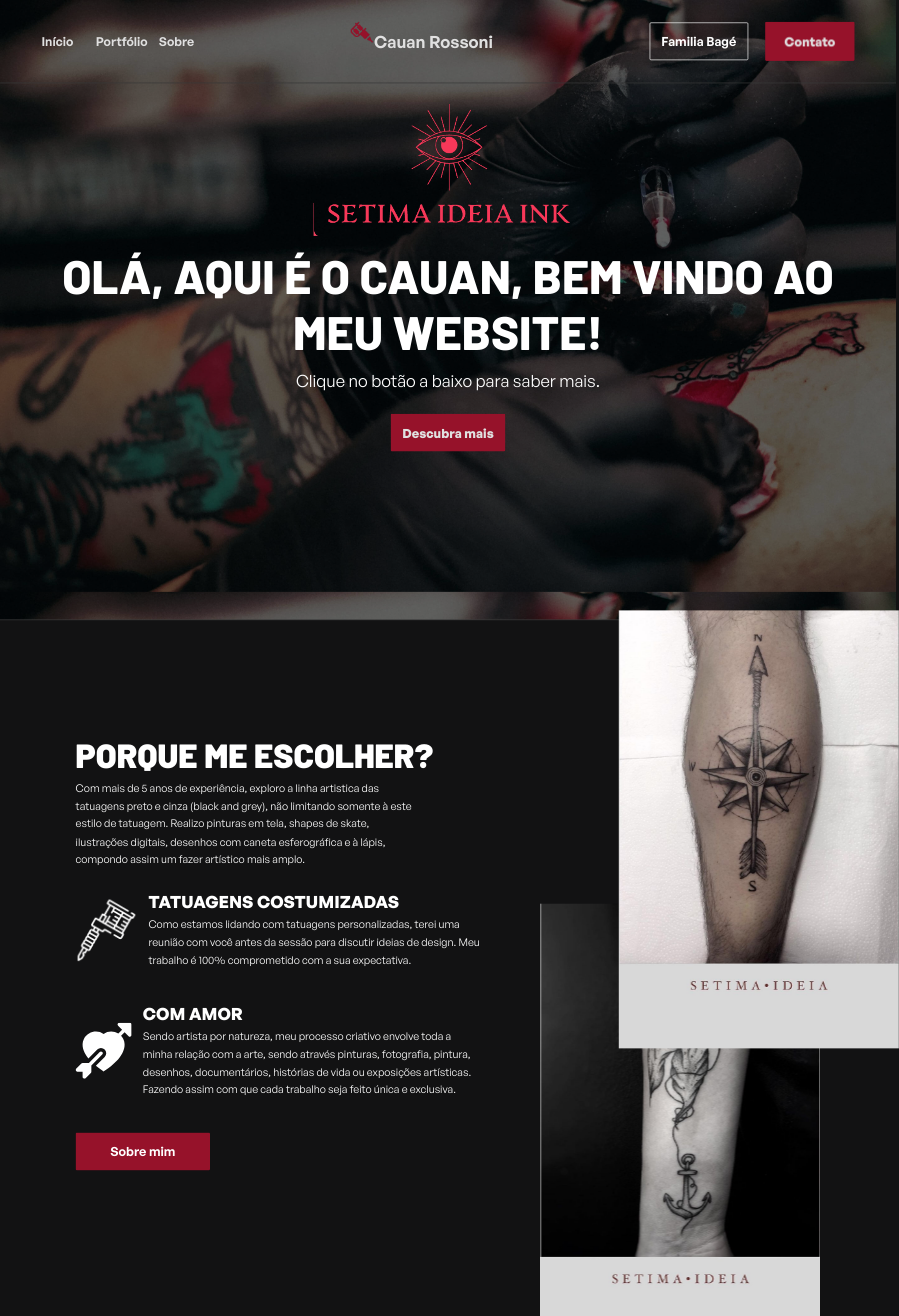
Repository: Leoka2000/S-tima-Ideia
Page: /
These files come from the project's save history. The page is drawn as it stood at one moment and after the next save; the edit follows.
The browser window is 1280 px wide. The page is 1284 px wide, so the pictures cover 1284 px, including what lies to the right of the window. The pictures show the part of the page from y = 0 to 1880 px (the page is 7122 px tall), at 70% of full size.
Backgrounds fixed to the window are drawn as part of the page. The project was rebuilt for these pictures with package versions that can differ from the ones it lists, and the page was loaded fresh each time. Some packages were replaced by stand-ins written for this rebuild. Also part of the build but not shown: src/pages/main/instagram/instagram.css, src/pages/main/instagram/instagram.jsx, src/App.css, src/pages/portfolio/portfolio.css, src/data/database-common.js, src/pages/portfolio/loop-content.jsx, src/pages/portfolio/portfolio.jsx, src/pages/portfolio/index.jsx and 2 more. Imported but missing from the stored project, and not drawn on this page: src/assets/videos/cauan-video.mp4.

Above is the page before, as saved 2023-05-20 22:22:33.

### public/index.html
<!DOCTYPE html>
<html lang="en">
  <head>
    <meta charset="utf-8" />
    <link rel="icon" href="%PUBLIC_URL%/logo.png" />
    <meta name="viewport" content="width=device-width, initial-scale=1" />
    <meta name="theme-color" content="#000000" />
    <meta
      name="description"
      content="Web site created using create-react-app"
    />
    <link rel="apple-touch-icon" href="%PUBLIC_URL%/logo192.png" />
    <!--
      manifest.json provides metadata used when your web app is installed on a
      user's mobile device or desktop. See https://developers.google.com/web/fundamentals/web-app-manifest/
    -->
    <link rel="manifest" href="%PUBLIC_URL%/manifest.json" />
    <!--
      Notice the use of %PUBLIC_URL% in the tags above.
      It will be replaced with the URL of the `public` folder during the build.
      Only files inside the `public` folder can be referenced from the HTML.

      Unlike "/favicon.ico" or "favicon.ico", "%PUBLIC_URL%/favicon.ico" will
      work correctly both with client-side routing and a non-root public URL.
      Learn how to configure a non-root public URL by running `npm run build`.
    -->
    <title>Setima Idea.ink</title>
  </head>
  <body>
    <noscript>You need to enable JavaScript to run this app.</noscript>
    <div id="root"></div>
    <!--
      This HTML file is a template.
      If you open it directly in the browser, you will see an empty page.

      You can add webfonts, meta tags, or analytics to this file.
      The build step will place the bundled scripts into the <body> tag.

      To begin the development, run `npm start` or `yarn start`.
      To create a production bundle, use `npm run build` or `yarn build`.
    -->
  </body>
</html>

### src/pages/main/index/index.jsx
import React from 'react'
import Hero from '../hero/hero'
import About from '../about/about'
import Carousel from '../carousel/carousel'
import HorizontalParallax2 from '../carousel/carousel2'
import LookPortfolio from '../olhe-portfolio'
import Video from '../video/video'
import Instagram from '../instagram/instagram'
import Form from '../contact/form'
import Contact from '../contact'
import Sobre from '../../sobre/about/about'

const index = () => {
  return (
    <>
      <Hero/>
      <About/>
      <Carousel/>
      <HorizontalParallax2/>
      <LookPortfolio/>
      <Video/>
      <Sobre/>
      {/* <Instagram/> */}
      <Contact/>
    </>
  )
}

export default index

### src/pages/sobre/about/about.jsx
import React from 'react'
import "./about.css"
import { BsFacebook } from 'react-icons/bs'
import { BsInstagram } from 'react-icons/bs'
import { AiOutlineMail } from 'react-icons/ai'
import cauan from '../../../assets/images/cauan.jpg'
import {Link} from 'react-scroll'

const Sobre = () => {
  return (
    <section id='about' className='sobre-section'>
      <main>
        <div className='sobre-left'>
          <h2>Tatuador na equipe Família Bagé.</h2>
          <h1>Cauan Rossoni Feversani</h1>
          <p>Magna nisl egestas amet netus lectus malesuada diam et ullamcorper et in urna maecenas praesent ut vitae tempus sollicitudin pharetra ipsum molestie urna scelerisque.</p>
          <div className='sobre-icons-wrapper'>
            <a target='_blank' href='https://www.instagram.com/setimaideia.ink'>
              <BsInstagram />
            </a>
            <a href='mailto:contato.cauanrf@gmail.com'>
              <AiOutlineMail />
            </a>
          </div>
          <div className='sobre-button-wrapper'>
          <Link style={{ textDecoration: 'none' }} spy={true} smooth={true} offset={100} duration={500} to='form' ><button className='solid'>Contato</button></Link>
            <a target='_blank' href='https://www.instagram.com/setimaideia.ink'><button className='transparent'>Veja o portfólio</button></a>
          </div>
        </div>
        <div className='sobre-right'>
          <img alt='cauan' src={cauan}/>
        </div>
      </main>
    </section>
  )
}

export default Sobre

### src/components/footer/footer.jsx
import { useEffect } from 'react'
import './footer.css'
import { BsFacebook } from 'react-icons/bs'
import { BsInstagram } from 'react-icons/bs'
import { AiOutlineMail } from 'react-icons/ai'
import machine from '../../assets/icons/tattoo-machine.png'
import bage from '../../assets/brand/bage.jpg'
import { useLocation } from 'react-router-dom'
import { Link } from 'react-scroll'

const Footer = () => {

    const location = useLocation();

    useEffect(() => {
        window.scrollTo(0, 0);
    }, [location.pathname]);


    return (
        <footer>
            <main>
                <div className='footer-left'>
                    <div className='footer-cauan'>
                        <img src={machine} />
                        <p>Cauan Rossoni</p>
                    </div>

                    <div className='footer-icons-wrapper'>
                        <a target='_blank' href='https://www.instagram.com/setimaideia.ink/'>< BsInstagram /></a>
                        <a target='_blank' href='mailto:contato.cauanrf@gmail.com'><AiOutlineMail /></a>
                    </div>
                </div>
                <div className='footer-middle'>
                    <h1>Páginas</h1>
                    <Link style={{ textDecoration: 'none' }} spy={true} smooth={true} offset={100} duration={500} to='inicio' >Início</Link>
                    <Link style={{ textDecoration: 'none' }} spy={true} smooth={true} offset={100} duration={500} to='portfolio' >Portfolio</Link>
                    <Link style={{ textDecoration: 'none' }} spy={true} smooth={true} offset={100} duration={500} to='about' >Sobre</Link>
                </div>
                <div className='footer-right'><a target='_blank' href='https://www.instagram.com/_familiabagetattoo_/'><img src={bage} /></a></div>
            </main>
            <div className='leo-tag'>
                <p>Desenvolvido por <a style={{textDecoration: 'none', borderBottom:'none'}} href='https://www.linkedin.com/in/leoreus/'>Leo Reus Oliveira</a></p>

            </div>
        </footer>
    )
}

export default Footer

### src/pages/main/hero/hero.jsx
import React from 'react';
import { motion } from 'framer-motion';
import './hero.css';
import logo from '../../../assets/brand/logo.png';
import { Link } from 'react-scroll';

const Hero = () => {
  const text = "Olá, aqui é o Cauan, bem vindo ao meu website!";

  const parentVariants = {
    animate: {
      transition: {
        staggerChildren: 0.05,
      },
    },
  };

  const childVariants = {
    initial: {
      y: 20,
      opacity: 0,
    },
    animate: {
      y: 0,
      opacity: 1,
    },
  };

  return (
    <section id='inicio' className="hero-section">
      <div className="hero-wrapper">
        <img src={logo} alt="logo" />
        <motion.h1 variants={parentVariants} initial="initial" animate="animate">
          {text.split("").map((letter, index) => (
            <motion.span key={index} variants={childVariants}>{letter}</motion.span>
          ))}
        </motion.h1>
        <h2>Clique no botão a baixo para saber mais.</h2>
        <div>
          <Link to='about' className="colored-hero" style={{textDecoration: 'none'}} spy={true} smooth={true} offset={100} duration={500}>Descubra mais</Link>
        </div>
      </div>
    </section>
  );
};

export default Hero;

### src/pages/main/carousel/carousel.jsx
import C1 from '../../../assets/carousel/c1.jpg'
import C2 from '../../../assets/carousel/c2.jpg'
import C3 from '../../../assets/carousel/c3.jpg'
import C4 from '../../../assets/carousel/c4.jpg'
import C5 from '../../../assets/carousel/c5.jpg'
import C6 from '../../../assets/carousel/c6.jpg'
import C7 from '../../../assets/carousel/c7.jpg'
import C8 from '../../../assets/carousel/c8.jpg'
import C9 from '../../../assets/carousel/c9.jpg'
import C10 from '../../../assets/carousel/c10.jpg'

import { motion, useTransform, useScroll, circOut } from "framer-motion";
import React from "react";
import './carousel.css'

const images = [
  C1,
  C5,
  C4,
  C7,
  C2,
  C6,
  C8,
  C9,
  C10,
];

const HorizontalParallax = () => {
  const { scrollYProgress } = useScroll();
  const x = useTransform(scrollYProgress,
     [0, 1],
      [0, -2000],
      { clamp: false, velocity: 0.1, ease: circOut });

  return (
    <div className="horizontal-parallax">
      <motion.div
        className="images-container"
        style={{ x }}
      >
        {images.map((image, index) => (
          <div key={index} className="image">
            <img src={image} alt={`Image ${index}`} />
          </div>
        ))}
      </motion.div>
    </div>
  );
};

export default HorizontalParallax;

### src/pages/main/carousel/carousel2.jsx
import { motion, useTransform, useScroll, circOut } from "framer-motion";
import React from "react";
import './carousel.css'
import C1 from '../../../assets/carousel/c10.jpg'
import C2 from '../../../assets/carousel/c9.jpg'
import C3 from '../../../assets/carousel/c8.jpg'
import C4 from '../../../assets/carousel/c7.jpg'
import C5 from '../../../assets/carousel/c6.jpg'
import C6 from '../../../assets/carousel/c5.jpg'
import C7 from '../../../assets/carousel/c4.jpg'
import C8 from '../../../assets/carousel/c3.jpg'
import C9 from '../../../assets/carousel/c2.jpg'
import C10 from '../../../assets/carousel/c1.jpg'

const images = [
  C2,
  C3,
  C4,
  C1,
  C5,
  C6,
  C7,
  C8,
  C9,
  C10,
];

const HorizontalParallax2 = () => {
  const { scrollYProgress } = useScroll();
  const x = useTransform(scrollYProgress, [1, 0], [0, -2000], {ease: circOut });

  return (
    <div className="horizontal-parallax">
      <motion.div
        className="images-container"
        style={{ x }}
      >
        {images.map((image, index) => (
          <div key={index} className="image">
            <img src={image} alt={`Image ${index}`} />
          </div>
        ))}
      </motion.div>
    </div>
  );
};

export default HorizontalParallax2;

### src/pages/main/olhe-portfolio/index.jsx
import React from 'react'
import './index.css'
import img from '../../../assets/images/lookportfolio-img.png'
import silhouete from '../../../assets/icons/about-tattoo-machine.png'
import clown from '../../../assets/icons/rose.png'
import { useInView } from 'react-intersection-observer';
import { motion } from 'framer-motion'
import { Link } from 'react-router-dom'

const LookPortfolio = () => {

  const [ref1, inView1] = useInView({
    threshold: 0.3,
    triggerOnce: true,
    delay: 0.7
  });

  const [ref2, inView2] = useInView({
    threshold: 0.3,
    triggerOnce: true,
    delay: 0.9
  });

  return (
    <section id='portfolio' className='look-portfolio-section'>
      <img className='silhouete' src={silhouete} />
      <img className='clown' src={clown} />
      <motion.div
        ref={ref1}
        initial={{ opacity: 0 }}
        animate={inView1 ? { opacity: 1 } : { opacity: 0 }}
        transition={{ duration: 1 }}
        className='look-portfolio-left'>
        <img src={img} />
      </motion.div>
      <motion.div
        ref={ref2}
        initial={{ opacity: 0 }}
        animate={inView2 ? { opacity: 1 } : { opacity: 0 }}
        transition={{ duration: 1 }}
        className='look-portfolio-right'>
        <h1>Confira o meu portfólio!</h1>
        <p>Clique no link a baixo para acessar o meu portfólio no Instagram. Lá, você pode encontrar uma exposição dos meus trabalhos atualizados.</p>
        <a
         style={{textDecoration:'none'}} to='/portfolio'>Saiba mais</a>
      </motion.div>

    </section>
  )
}

export default LookPortfolio

### src/pages/main/video/video.jsx
import React, { useState } from 'react';
import './video.css';
import cauan from '../../../assets/videos/cauan-video.mp4'
import thumb from '../../../assets/images/Thumbnail.jpg'
import { FaPlay, FaTimes } from "react-icons/fa";

function Video() {
    const [showVideo, setShowVideo] = useState(false);

    function handlePlayClick() {
        setShowVideo(true);
        document.body.style.overflow = 'hidden';
    }

    function handleCloseClick() {
        setShowVideo(false);
        document.body.style.overflow = 'visible';
    }

    return (
        <section className="video-thumbnail">
            <div className='overlay-effect'>
                <div
                    className="thumbnail-image"

                >
                    <button
                        className="play-button"
                        onClick={handlePlayClick}
                    >
                        <FaPlay className="play-icon" />
                    </button>
                </div>
                {showVideo && (
                    <div className="video-overlay">
                        <button className="close-button" onClick={handleCloseClick}>
                            <FaTimes className="close-icon" />
                        </button>
                        <div className="video-wrapper">
                            <video src={cauan} controls autoPlay />
                        </div>
                    </div>
                )}
            </div>
        </section>
    );
}

export default Video

### src/pages/main/contact/index.jsx
import React from 'react'
import Form from './form'
import './form.css'
import { useInView } from 'react-intersection-observer';
import { motion } from 'framer-motion'
import { AiFillMessage } from 'react-icons/ai'
import { AiOutlineFieldTime } from 'react-icons/ai'
import { BsCashStack } from 'react-icons/bs'
import { MdFastfood} from 'react-icons/md'
import {BsCapsulePill} from 'react-icons/bs'

const Index = () => {

  const [ref1, inView1] = useInView({
    threshold: 0.7,
    triggerOnce: true,
    delay: 0.9
  });

  return (
    <section className='form-section-parent'>

      <motion.header
        ref={ref1}
        initial={{ opacity: 0 }}
        animate={inView1 ? { opacity: 1 } : { opacity: 0 }}
        transition={{ duration: 1 }}
        className='form-header'>
        <h1>INFORMAÇÕES IMPORTANTES!</h1>
        <p>Este site tem a intenção de fazer com que você me conheça melhor. Se você deseja marcar uma tatuagem comigo, leia as informações abaixos.</p>
        <div className='row-wrapper'>
          <div>
            <span><AiFillMessage /></span>
            <p>Envie-me uma mensagem no Instagram e uma foto de referência ou mencione a ID de um dos meus trabalhos presentes na seção de portfólio deste site.</p>
          </div>
          <div>
            <span><BsCashStack /></span>
            <p>Para agendar uma tatuagem comigo, você precisará pagar um depósito, e esse valor será destinado para o custo total do trabalho.</p>
          </div>
          <div>
            <span><AiOutlineFieldTime /></span>
            <p>Exijo 48 horas de antecedência para reagendar ou cancelar um agendamento. Se você não conseguir fazer isso, precisará marcar outro agendamento e pagar um depósito extra.</p>
          </div>
          <div>
            <span><MdFastfood /></span>
            <p>Certifique-se de comer, se hidratar e descansar antes de realizer sua tatuagem.</p>
          </div>
          <div>
            <span><BsCapsulePill/></span>
            <p>Não venha de ressaca ou sob o efeito de drogas.</p>
          </div>

        </div>

      </motion.header>
      <Form />
    </section >
  )
}

export default Index

### src/components/footer/footer.css

footer {
    padding: 3rem 0 3rem 0;
    display: flex;
    flex-direction: column;
    border-top: 1px solid #393939;
}
footer > main {
    display: flex;
    justify-content: center;
    gap: 19rem;
}
.footer-cauan {
    display: flex;
    align-items: center;
    font-size: 1.5rem;
    gap: 1rem;
    font-weight: 500;
}
.footer-cauan > p {
    color: rgb(224, 224, 224);
}
.footer-cauan > img {
    width: 2rem;
transform: rotateY(180deg);
display: block;
margin-block-start: -1.2rem;
margin-inline-end: -1rem;
margin-bottom: 0.6rem;
}
.footer-right > a > img {
    width: 16rem;
    border-radius: 4px;
    border: 1px solid #393939;
}
.footer-icons-wrapper {
    display: flex;
    gap: 0.8rem;
    margin-top: 2rem;
    color: rgb(224, 224, 224);;
}
.footer-icons-wrapper > a {
    display: -webkit-box;
display: -webkit-flex;
display: -ms-flexbox;
display: flex;
width: 36px;
height: 36px;
min-height: 36px;
min-width: 36px;
-webkit-box-pack: center;
-webkit-justify-content: center;
-ms-flex-pack: center;
justify-content: center;
-webkit-box-align: center;
-webkit-align-items: center;
-ms-flex-align: center;
align-items: center;
border-style: solid;
border-width: 1px;
border-color: #fff;
color: #fff;
background-color: transparent;
-webkit-transition: border-color 300ms ease, background-color 300ms ease, color 300ms ease, -webkit-transform 300ms ease;
transition: border-color 300ms ease, background-color 300ms ease, color 300ms ease, -webkit-transform 300ms ease;
transition: border-color 300ms ease, transform 300ms ease, background-color 300ms ease, color 300ms ease;
transition: border-color 300ms ease, transform 300ms ease, background-color 300ms ease, color 300ms ease, -webkit-transform 300ms ease;

text-decoration: none;
cursor: pointer;
}
.footer-icons-wrapper > a:hover {
    border-color: #96122a;
background-color: #96122a;
-webkit-transform: translate(0px, -3px);
-ms-transform: translate(0px, -3px);
transform: translate(0px, -3px);
color: #fff;

}
.footer-middle {
    display: flex;
    flex-direction: column;
     text-align: center;
     color: rgb(224, 224, 224);;
}
.footer-middle > h1 {
    font-weight: 700;
    font-size: 1.5rem;
    margin-bottom: 1rem;

}
.footer-middle > a {
    color: rgb(224, 224, 224);
    transition: 0.1s;
    cursor: pointer;
}
.footer-middle > a:hover {
    color: #96122a;
}
.leo-tag {
    display: flex;
    justify-content: center;
    margin-top: 0.5rem;
}
.leo-tag > p > a {
border-bottom: 1px #96122a solid ;
}
@media (max-width: 880px) {
    .footer-icons-wrapper {
        justify-content: center;
    }

    .footer-left > p {
        text-align: center;
    }
 footer {
        flex-direction: column;
        gap: 2rem;
    }
}

### src/pages/main/carousel/carousel.css
.horizontal-parallax {
  position: relative;
  width: 100%;
  height: 400px;
  overflow-x: hidden;
}

.images-container {
  position: absolute;
  top: 0;
  left: 0;
  height: 100%;
  white-space: nowrap;
}

.image {
  display: inline-block;
  width: 400px;
  height: 350px;
  margin-right: 20px;
  overflow: hidden;
}

.image img {
  width: 100%;
  height: 100%;
  object-fit: cover;
}

@media screen and (max-width: 650px) {
  .image {
    display: inline-block;
    width: 210px;
    height: 245px;
    margin-right: 20px;
    overflow: hidden;
  }
  .horizontal-parallax {
    position: relative;
    width: 100%;
    height: 350px;
    overflow-x: hidden;
  }

}

### src/pages/main/video/video.css
.video-thumbnail {
    position: relative;
    width: 100%;
    height: 15rem;
    padding-bottom: 56.25%;
    background-color: rgba(0, 0, 0, 0.2);
    z-index: 3;

  }
  .overlay-effect {
    position: absolute;

left: 0%;
top: 0%;
right: 0%;
bottom: 0%;
z-index: 2;
display: -webkit-box;
display: -webkit-flex;
display: -ms-flexbox;
display: flex;
width: 100%;
height: 100%;
-webkit-box-pack: center;
-webkit-justify-content: center;
-ms-flex-pack: center;
justify-content: center;
-webkit-box-align: center;
-webkit-align-items: center;
-ms-flex-align: center;
align-items: center;
border-top: 1px solid #393939;
border-bottom: 1px solid #393939;
background-color: rgba(0, 0, 0, 0.7);
  }

  .thumbnail-image {
    position: absolute;
    top: 0;
    left: 0;
    height: 100%;
    width: 100%;
    z-index: -1;

    background-image: linear-gradient( 115deg, rgba(34, 34, 34, 0.8), rgba(44, 21, 21, 0.8) ), url('../../../assets/images/Thumbnail.jpg');
    background-size: cover;
    background-repeat: no-repeat;
    background-position: center;
    display: flex;
    justify-content: center;
    align-items: center;
  }



  .play-button {
    display: flex;
    justify-content: center;
    align-items: center;
    width: 80px;
    height: 80px;
    border: none;
    border-radius: 50%;
    background-color: rgba(0, 0, 0, 0.6);
    cursor: pointer;
    transition: 0.3s;
  }

  .play-icon {
    color: white;
    font-size: 30px;

  }
  .play-button:hover {
transform: scale(1.1);
  }

  .video-overlay {
    position: fixed;
    top: 0;
    left: 0;
    width: 100%;
    height: 100%;
    z-index: 1;
    display: flex;
    justify-content: center;
    align-items: center;
    background-color: rgba(0, 0, 0, 0.8);
  }

  .close-button {
    position: absolute;
    top: 8.5rem;
    right: 2rem;
    display: flex;
    justify-content: center;
    align-items: center;
    width: 30px;
    height: 30px;
    background-color: rgba(0, 0, 0, 0.6);
    border: none;
    cursor: pointer;
  }

  .close-icon {
    color: white;
    font-size: 20px;
  }

  .video-wrapper {

    overflow: hidden;
  }

  video {
    width: 45rem;
    height: 1000rem;
    object-fit: contain;

  }

  @media screen and (max-width: 650px) {
    video {
      width: 45rem;
      height: 1000rem;
      object-fit: contain;

    }


  .video-thumbnail {
    position: relative;
    width: 100%;
    height: 25rem;
    padding-bottom: 56.25%;
    background-color: rgba(0, 0, 0, 0.2);
    z-index: 3;

  }
      }

Loaded but not shown: src/index.js (36 lines, source omitted); src/routes.js (29 lines, source omitted); src/pages/main/contact/form.css (328 lines, source omitted); src/pages/sobre/about/about.css (260 lines, source omitted); src/components/navbar/navbar.css (277 lines, source omitted); src/pages/main/about/about.css (257 lines, source omitted); src/pages/main/contact/form.jsx (95 lines, source omitted); src/pages/main/hero/hero.css (175 lines, source omitted); src/index.css (112 lines, source omitted); src/pages/main/olhe-portfolio/index.css (156 lines, source omitted); src/pages/main/about/about.jsx (76 lines, source omitted); src/components/navbar/navbar.jsx (80 lines, source omitted)

After the next save:
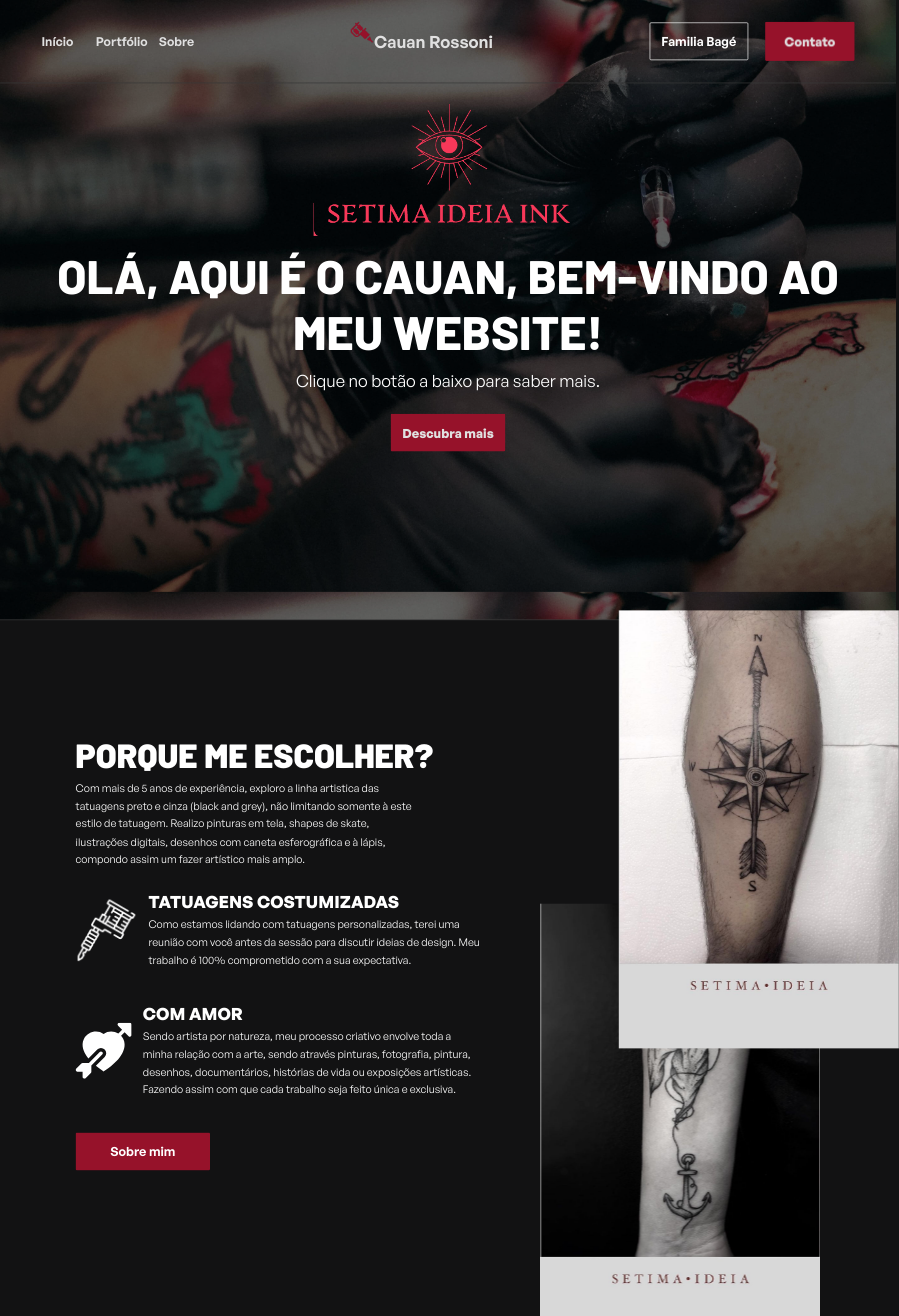
Saved 2 min 59 s later.
--- a/src/pages/main/hero/hero.jsx
+++ b/src/pages/main/hero/hero.jsx
@@ -5,7 +5,7 @@ import logo from '../../../assets/brand/logo.png';
 import { Link } from 'react-scroll';
 
 const Hero = () => {
-  const text = "Olá, aqui é o Cauan, bem vindo ao meu website!";
+  const text = "Olá, aqui é o Cauan, bem-vindo ao meu website!";
 
   const parentVariants = {
     animate: {
